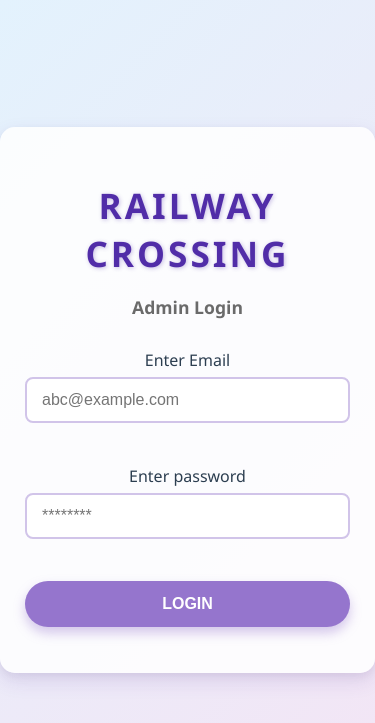
Repository: chinthaginjalabhuvan/Java
Page: http://localhost/RailwayCrossingProject/Login.jsp
The author's editor kept a copy of each file at every save. The page is drawn from the files as they stood at one save, then again after the next save.
The browser window is 375 px wide. The pictures show the whole page.
The page is served by Tomcat 9. Other server files are loaded and not shown.

Above is the page before, as saved 2025-06-06 09:44:08.

### RailwayCrossingProject/src/main/webapp/Login.jsp
<html>

<head>
<link rel="stylesheet" href="./mystyle.css"></link>
</head>

<body>
	<div>
		<h1>Railway Crossing</h1>
		<p>Admin Login</p>
		<form action="CheckLogin.jsp">
		Enter Email <br/>
		<input type="email" placeholder="abc@example.com" name="email"/><br/><br/>
		Enter password <br/>
		<input type="password" placeholder="********" name="pass"/><br/><br/>
		<button type="submit">Login</button>
		</form>
	</div>
</body>

</html>

### RailwayCrossingProject/src/main/webapp/mystyle.css
body {
  font-family: 'Segoe UI', Tahoma, Geneva, Verdana, sans-serif;
  background: linear-gradient(135deg, #e3f2fd, #f3e5f5);
  margin: 0;
  padding: 0;
  height: 100vh;
  display: flex;
  justify-content: center;
  align-items: center;
  color: #2c3e50;
}

div {
  background: #ffffffdd;
  padding: 40px 50px;
  border-radius: 15px;
  box-shadow:
    0 8px 20px rgba(81, 45, 168, 0.12),
    0 4px 10px rgba(0, 0, 0, 0.05);
  max-width: 400px;
  width: 90%;
  text-align: center;
}

/* Heading */
h1 {
  font-size: 2.8rem;
  font-weight: 900;
  margin-bottom: 10px;
  color: #512da8;
  letter-spacing: 3px;
  user-select: none;
  text-transform: uppercase;
  text-shadow: 1px 1px 4px rgba(81, 45, 168, 0.3);
}

/* Subheading */
p {
  font-size: 1.1rem;
  margin-bottom: 30px;
  font-weight: 600;
  color: #6a6a6a;
}

/* Form inputs */
input[type="email"],
input[type="password"] {
  width: 100%;
  padding: 12px 15px;
  margin-top: 6px;
  margin-bottom: 20px;
  border: 2px solid #d1c4e9;
  border-radius: 8px;
  font-size: 1rem;
  transition: border-color 0.3s ease, box-shadow 0.3s ease;
  outline: none;
  box-sizing: border-box;
}

input[type="email"]:focus,
input[type="password"]:focus {
  border-color: #512da8;
  box-shadow: 0 0 8px rgba(81, 45, 168, 0.4);
}

/* Labels inline with input text */
form > label {
  display: block;
  text-align: left;
  font-weight: 600;
  margin-top: 10px;
  margin-bottom: 5px;
  color: #5e35b1;
}

/* Button */
button[type="submit"] {
  background-color: #9575cd;
  color: white;
  border: none;
  padding: 14px 30px;
  font-size: 1.1rem;
  font-weight: 700;
  text-transform: uppercase;
  border-radius: 30px;
  cursor: pointer;
  box-shadow: 0 6px 12px rgba(149, 117, 205, 0.4);
  transition: background-color 0.35s ease, box-shadow 0.35s ease, transform 0.25s ease;
  user-select: none;
}

button[type="submit"]:hover,
button[type="submit"]:focus {
  background-color: #7e57c2;
  box-shadow: 0 8px 16px rgba(126, 87, 194, 0.7);
  transform: translateY(-2px);
  outline: none;
}

button[type="submit"]:active {
  transform: translateY(0);
  box-shadow: 0 4px 8px rgba(126, 87, 194, 0.5);
}

/* Responsive */
@media (max-width: 480px) {
  div {
    padding: 30px 25px;
  }
  h1 {
    font-size: 2.2rem;
  }
  button[type="submit"] {
    width: 100%;
    padding: 14px 0;
    font-size: 1rem;
  }
}

After the next save:
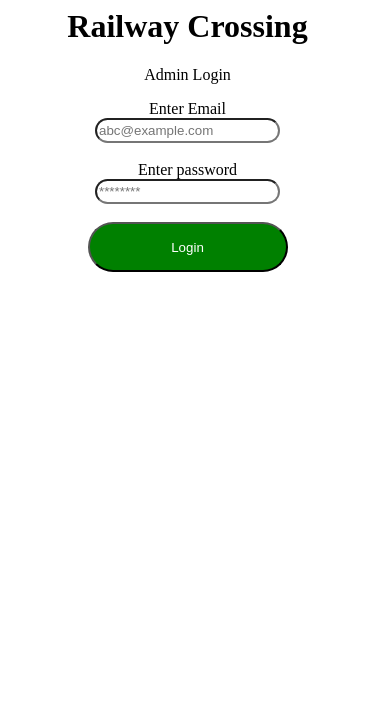
Saved 4 min 12 s later.
--- a/RailwayCrossingProject/src/main/webapp/mystyle.css
+++ b/RailwayCrossingProject/src/main/webapp/mystyle.css
@@ -1,118 +1,17 @@
-body {
-  font-family: 'Segoe UI', Tahoma, Geneva, Verdana, sans-serif;
-  background: linear-gradient(135deg, #e3f2fd, #f3e5f5);
-  margin: 0;
-  padding: 0;
-  height: 100vh;
-  display: flex;
-  justify-content: center;
-  align-items: center;
-  color: #2c3e50;
+div{
+	text-align:center;
 }
 
-div {
-  background: #ffffffdd;
-  padding: 40px 50px;
-  border-radius: 15px;
-  box-shadow:
-    0 8px 20px rgba(81, 45, 168, 0.12),
-    0 4px 10px rgba(0, 0, 0, 0.05);
-  max-width: 400px;
-  width: 90%;
-  text-align: center;
+button{
+	background-color:green;
+	color:white;
+	width:200px;
+	height:50px;
+	border-radius:50px;
+
 }
 
-/* Heading */
-h1 {
-  font-size: 2.8rem;
-  font-weight: 900;
-  margin-bottom: 10px;
-  color: #512da8;
-  letter-spacing: 3px;
-  user-select: none;
-  text-transform: uppercase;
-  text-shadow: 1px 1px 4px rgba(81, 45, 168, 0.3);
+input{
+	border-radius:50px;
+	height:25px;
 }
-
-/* Subheading */
-p {
-  font-size: 1.1rem;
-  margin-bottom: 30px;
-  font-weight: 600;
-  color: #6a6a6a;
-}
-
-/* Form inputs */
-input[type="email"],
-input[type="password"] {
-  width: 100%;
-  padding: 12px 15px;
-  margin-top: 6px;
-  margin-bottom: 20px;
-  border: 2px solid #d1c4e9;
-  border-radius: 8px;
-  font-size: 1rem;
-  transition: border-color 0.3s ease, box-shadow 0.3s ease;
-  outline: none;
-  box-sizing: border-box;
-}
-
-input[type="email"]:focus,
-input[type="password"]:focus {
-  border-color: #512da8;
-  box-shadow: 0 0 8px rgba(81, 45, 168, 0.4);
-}
-
-/* Labels inline with input text */
-form > label {
-  display: block;
-  text-align: left;
-  font-weight: 600;
-  margin-top: 10px;
-  margin-bottom: 5px;
-  color: #5e35b1;
-}
-
-/* Button */
-button[type="submit"] {
-  background-color: #9575cd;
-  color: white;
-  border: none;
-  padding: 14px 30px;
-  font-size: 1.1rem;
-  font-weight: 700;
-  text-transform: uppercase;
-  border-radius: 30px;
-  cursor: pointer;
-  box-shadow: 0 6px 12px rgba(149, 117, 205, 0.4);
-  transition: background-color 0.35s ease, box-shadow 0.35s ease, transform 0.25s ease;
-  user-select: none;
-}
-
-button[type="submit"]:hover,
-button[type="submit"]:focus {
-  background-color: #7e57c2;
-  box-shadow: 0 8px 16px rgba(126, 87, 194, 0.7);
-  transform: translateY(-2px);
-  outline: none;
-}
-
-button[type="submit"]:active {
-  transform: translateY(0);
-  box-shadow: 0 4px 8px rgba(126, 87, 194, 0.5);
-}
-
-/* Responsive */
-@media (max-width: 480px) {
-  div {
-    padding: 30px 25px;
-  }
-  h1 {
-    font-size: 2.2rem;
-  }
-  button[type="submit"] {
-    width: 100%;
-    padding: 14px 0;
-    font-size: 1rem;
-  }
-}

After the save that followed:
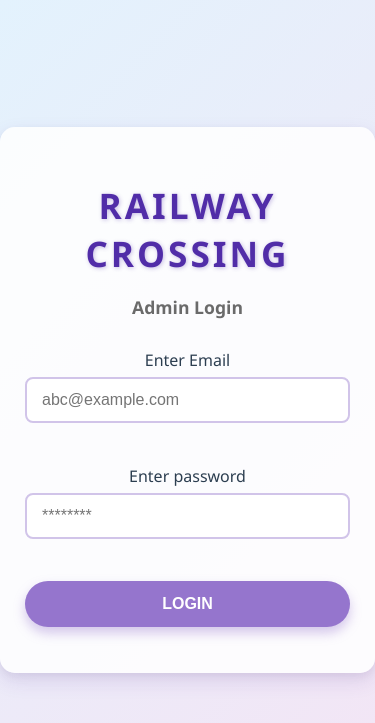
Saved 99 s later.
--- a/RailwayCrossingProject/src/main/webapp/mystyle.css
+++ b/RailwayCrossingProject/src/main/webapp/mystyle.css
@@ -1,17 +1,118 @@
-div{
-	text-align:center;
+body {
+  font-family: 'Segoe UI', Tahoma, Geneva, Verdana, sans-serif;
+  background: linear-gradient(135deg, #e3f2fd, #f3e5f5);
+  margin: 0;
+  padding: 0;
+  height: 100vh;
+  display: flex;
+  justify-content: center;
+  align-items: center;
+  color: #2c3e50;
 }
 
-button{
-	background-color:green;
-	color:white;
-	width:200px;
-	height:50px;
-	border-radius:50px;
-
+div {
+  background: #ffffffdd;
+  padding: 40px 50px;
+  border-radius: 15px;
+  box-shadow:
+    0 8px 20px rgba(81, 45, 168, 0.12),
+    0 4px 10px rgba(0, 0, 0, 0.05);
+  max-width: 400px;
+  width: 90%;
+  text-align: center;
 }
 
-input{
-	border-radius:50px;
-	height:25px;
+/* Heading */
+h1 {
+  font-size: 2.8rem;
+  font-weight: 900;
+  margin-bottom: 10px;
+  color: #512da8;
+  letter-spacing: 3px;
+  user-select: none;
+  text-transform: uppercase;
+  text-shadow: 1px 1px 4px rgba(81, 45, 168, 0.3);
 }
+
+/* Subheading */
+p {
+  font-size: 1.1rem;
+  margin-bottom: 30px;
+  font-weight: 600;
+  color: #6a6a6a;
+}
+
+/* Form inputs */
+input[type="email"],
+input[type="password"] {
+  width: 100%;
+  padding: 12px 15px;
+  margin-top: 6px;
+  margin-bottom: 20px;
+  border: 2px solid #d1c4e9;
+  border-radius: 8px;
+  font-size: 1rem;
+  transition: border-color 0.3s ease, box-shadow 0.3s ease;
+  outline: none;
+  box-sizing: border-box;
+}
+
+input[type="email"]:focus,
+input[type="password"]:focus {
+  border-color: #512da8;
+  box-shadow: 0 0 8px rgba(81, 45, 168, 0.4);
+}
+
+/* Labels inline with input text */
+form > label {
+  display: block;
+  text-align: left;
+  font-weight: 600;
+  margin-top: 10px;
+  margin-bottom: 5px;
+  color: #5e35b1;
+}
+
+/* Button */
+button[type="submit"] {
+  background-color: #9575cd;
+  color: white;
+  border: none;
+  padding: 14px 30px;
+  font-size: 1.1rem;
+  font-weight: 700;
+  text-transform: uppercase;
+  border-radius: 30px;
+  cursor: pointer;
+  box-shadow: 0 6px 12px rgba(149, 117, 205, 0.4);
+  transition: background-color 0.35s ease, box-shadow 0.35s ease, transform 0.25s ease;
+  user-select: none;
+}
+
+button[type="submit"]:hover,
+button[type="submit"]:focus {
+  background-color: #7e57c2;
+  box-shadow: 0 8px 16px rgba(126, 87, 194, 0.7);
+  transform: translateY(-2px);
+  outline: none;
+}
+
+button[type="submit"]:active {
+  transform: translateY(0);
+  box-shadow: 0 4px 8px rgba(126, 87, 194, 0.5);
+}
+
+/* Responsive */
+@media (max-width: 480px) {
+  div {
+    padding: 30px 25px;
+  }
+  h1 {
+    font-size: 2.2rem;
+  }
+  button[type="submit"] {
+    width: 100%;
+    padding: 14px 0;
+    font-size: 1rem;
+  }
+}
